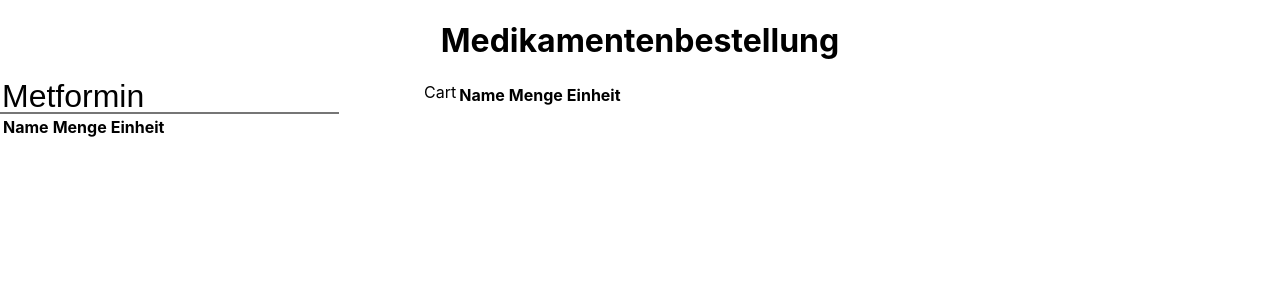
Repository: Esatollah/MedDemo
Page: / (app in client/)
The author's editor kept a copy of each file at every save. The page is drawn from the files as they stood at one save, then again after the next save.
The browser window is 1280 px wide. The pictures show the whole page.
The page's requests for data from a server got no answer. The project was rebuilt for these pictures with package versions that can differ from the ones it lists, and the page was loaded fresh each time. No one was signed in, and anything a server would have sent is missing. Also part of the build but not shown: client/src/App.css.

Above is the page before, as saved 2022-05-31 22:20:32.

### client/src/App.js
import './App.css';
import SearchBar from './components/Search';
function App() {
  return (
    <div>
      <SearchBar></SearchBar>
    </div>
  );
}

export default App;

### client/src/components/Search.jsx
import React, {useState, useEffect} from 'react'
import DrugAPI from '../api/DrugAPI';
import Cart from './Cart';
import './Search.css'


const Search = () => {
  const [searchinput, setSearchinput] = useState("Metformin");
  const [drugs, setDrugs] = useState([]);
  const [cartitems, setCartitems] = useState([]);

  useEffect(() => {
    const fetchData = async () => {
      try {
        const result = await DrugAPI.get(`/?drugsearch=${searchinput}`)
        setDrugs(result.data.meds)
      } catch (err) {
        console.error(err);
      }
    }

    fetchData();

  }, [searchinput])

  const handleDrugClick = (e, x) => {
    console.log(x)
    setCartitems(cartitems.push(x))
    console.log(cartitems)
  }

  return (
    <>
        <h1>Medikamentenbestellung</h1>
        <div className='order-box'>
<div className='search-box'>
        <input type="search" name="" id="okhre" value={searchinput} onChange={e => setSearchinput(e.target.value)}/>
        <div className='table-box'>
        <table>
          <thead>
            <tr>
              <th scope='col'>
                Name
              </th>
              <th scope='col'>Menge</th>
              <th scope='col'>Einheit</th>
              <th scope='col'></th>
            </tr>
          </thead>
          <tbody>
            {drugs && drugs.map((x) => {
              return (
                <tr key={x.id} className="drug-row" >
                <td className={x.name}>{x.name}</td>
                <td>{x.menge}</td>
                <td>{x.mengenart}</td>
                <td><button onClick={(e) => {handleDrugClick(e, x)}}>+</ button></td>
                </tr>
              )
            })}
          </tbody>

        </table>
</div>
        </div>
        <Cart></Cart>

        <table>
          <thead>
            <tr>
              <th scope='col'>
                Name
              </th>
              <th scope='col'>Menge</th>
              <th scope='col'>Einheit</th>
            </tr>
          </thead>
          <tbody>
            {cartitems.map((x) => {
              return (
                <tr key={x.id} className="drug-row" >
                <td >{x.name}</td>
                <td>{x.menge}</td>
                <td>{x.mengenart}</td>
                </tr>
              )
            })}
          </tbody>
        </ table>
        </div>
    </>
    )
}

export default Search

### client/src/api/DrugAPI.js
import axios from 'axios'

export default axios.create({
    baseURL: "http://localhost:5000/api"
})

### client/src/components/Search.css
#okhre {
    width:80%;
    height: 2rem;
    outline:none;
    border-top: hidden;
    border-right: hidden;
    border-left: hidden;
    font-size: 2rem;
}

.table-box {
    max-height: 200px;
    max-width: 80%;
    min-width:80%;
    overflow-y: auto;
}

h1 {
    display:flex;
    justify-content: center;
}

.order-box {
    display: flex;
}

.search-box {
    max-width:50%;
}

.drug-row:hover {
    background-color: beige;
}

Loaded but not shown: client/public/index.html (common file); client/src/index.js (common file); client/src/index.css (common file); client/src/components/Cart.jsx (common file)

After the next save:
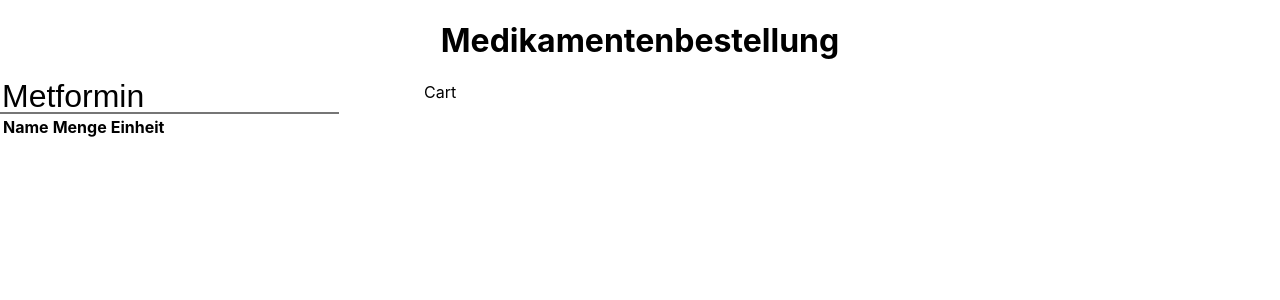
Saved 23 s later.
--- a/client/src/components/Search.jsx
+++ b/client/src/components/Search.jsx
@@ -64,7 +64,7 @@ const Search = () => {
 </div>
         </div>
         <Cart></Cart>
-
+{/*
         <table>
           <thead>
             <tr>
@@ -86,7 +86,7 @@ const Search = () => {
               )
             })}
           </tbody>
-        </ table>
+        </ table> */}
         </div>
     </>
     )
